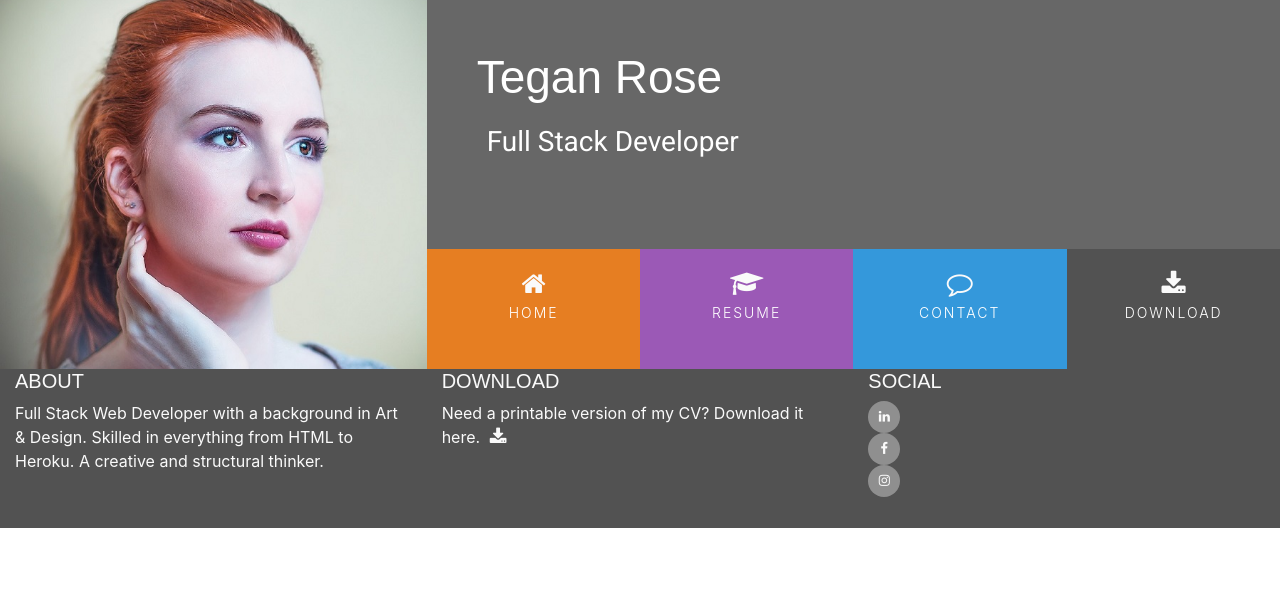
Repository: TSRose/Resume
Page: index.html
The author's editor kept a record of every edit. The page is drawn from the files as they stood at one moment, then again after the next edit.
The browser window is 1280 px wide. The pictures show the whole page.

Above is the page before.

After the next edit:
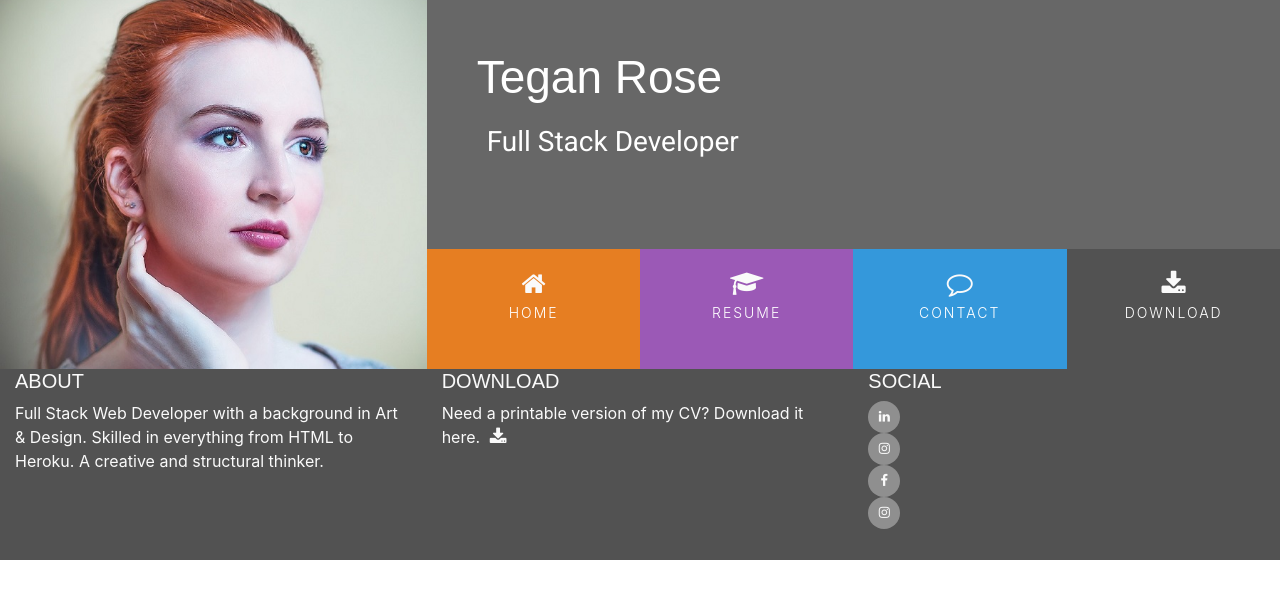
The edit:
--- a/index.html
+++ b/index.html
@@ -76,6 +76,12 @@
                         <span class="sr-only">LinkedIn</span>
                         </a>
                     </li>
+                     <li class="list-inine-item">
+                        <a target="_blank" href="#">
+                        <i class="fa fa-instagram" aria-hidden="true"></i>
+                        <span class="sr-only">Instagram</span>
+                        </a>
+                    </li>
                     <li class="list-inine-item">
                         <a target="_blank" href="#">
                         <i class="fa fa-facebook" aria-hidden="true"></i>
